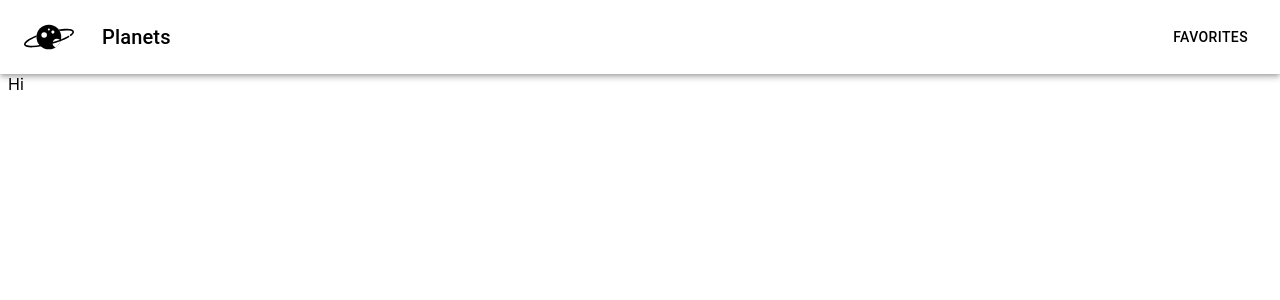
Repository: samridhie01/assignment
Page: /
The author's editor kept a copy of each file at every save. The page is drawn from the files as they stood at one save, then again after the next save.
The browser window is 1280 px wide. The pictures show the whole page.
The page's requests for data from a server got no answer. The project was rebuilt for these pictures with package versions that can differ from the ones it lists, and the page was loaded fresh each time. No one was signed in, and anything a server would have sent is missing.

Above is the page before, as saved 2020-08-19 18:23:49.

### src/components/app/App.tsx
import React, { useEffect } from "react";
import axios, { AxiosResponse } from 'axios';
import { useStyles } from "./AppStyle";
import PropTypes from "prop-types";
import Header from "../header/Header";
import Planets from "../planets/Planets";



const App = () => {
  const classes = useStyles();

  useEffect( ()=>{
   const result = axios({
     method: 'GET',
     url: `https://swapi.dev/api/planets`
   }).then((response:AxiosResponse)=>{
    console.log( response.data.results);
   })



  })
  return (
    <>
    <Header />
    <Planets/>
    </>

  );
};
export default App;

### src/components/app/AppStyle.ts
import {makeStyles, createStyles, Theme} from '@material-ui/core/styles';



export const useStyles = makeStyles((theme: Theme) => createStyles({
  root: {
    flexGrow: 1,
  },
  menuButton: {
    marginRight: theme.spacing(2),
  },
  title: {
    flexGrow: 1,
  },

}));

### src/components/header/Header.tsx
import React from "react";
import AppBar from "@material-ui/core/AppBar";
import {Toolbar, makeStyles, createStyles, IconButton, Button,Theme} from "@material-ui/core";
import {ReactComponent as PlanetIcon} from "../../assets/planet.svg";
import Typography from "@material-ui/core/Typography";

const useStyles = makeStyles((theme: Theme) =>
  createStyles({
    root: {
      flexGrow: 1,
    },
    menuButton: {
      marginRight: theme.spacing(2),
    },
    title: {
      flexGrow: 1,
    },
    logo: {
       width: 50,
       height: 50
      },
  }),
);


const Header =  ()=>{
    const classes=useStyles();
return(
<AppBar color="inherit"  position="static">
    <Toolbar>
        <IconButton edge="start" className={classes.menuButton} color="inherit" aria-label="menu">
        <PlanetIcon className={classes.logo}/>
        </IconButton>
        <Typography variant="h6" className={classes.title}>
            Planets
        </Typography>
        <Button color="inherit">Favorites</Button>
    </Toolbar>
</AppBar>
)


}

export default Header;

### src/components/planets/Planets.tsx
import React from "react";
import { Button, Box } from "@material-ui/core";

const Planets = () => {
  return (
    <>
      <Box component="span" m={1}>
          Hi
        <Button />
      </Box>
    </>
  );
};

export default Planets;

Loaded but not shown: public/index.html (common file); src/index.tsx (common file); src/index.css (common file); src/serviceWorker.ts (common file)

After the next save:
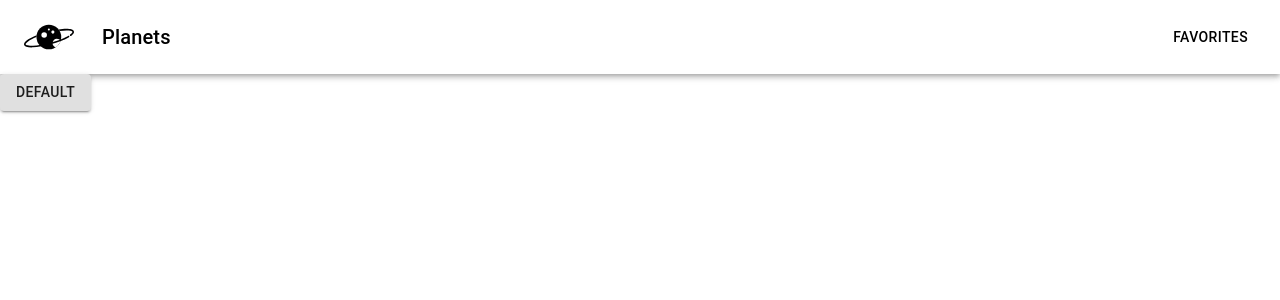
Saved 58 min 15 s later.
--- a/src/components/planets/Planets.tsx
+++ b/src/components/planets/Planets.tsx
@@ -4,9 +4,10 @@ import { Button, Box } from "@material-ui/core";
 const Planets = () => {
   return (
     <>
-      <Box component="span" m={1}>
-          Hi
-        <Button />
+    <Box>
+     <Button variant="contained">Default</Button>
+
+
       </Box>
     </>
   );
